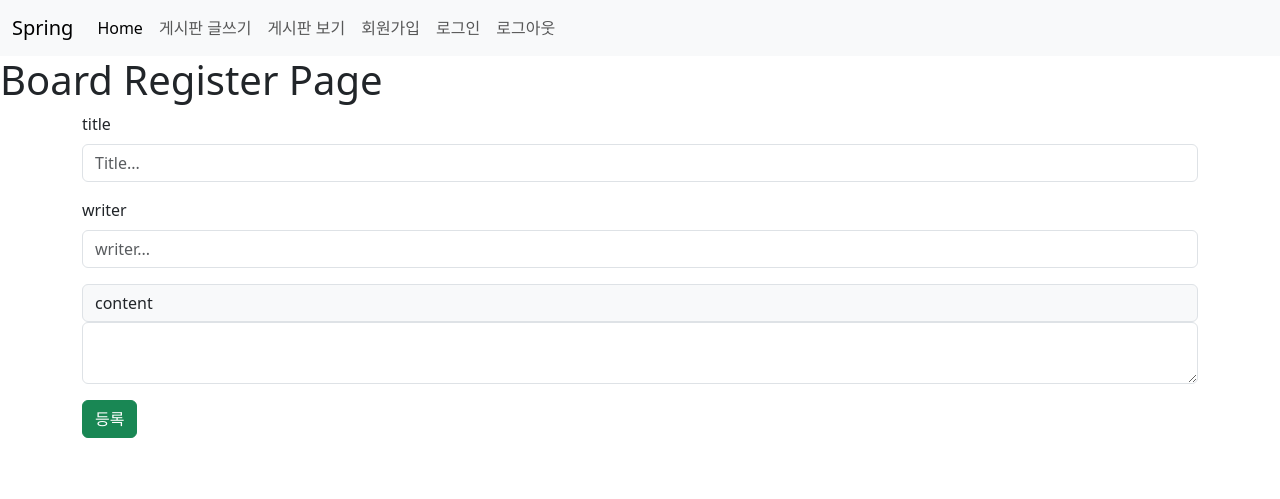
Repository: Ceciliaseon/springTest20240430
Page: http://localhost/spring_study/WEB-INF/views/board/register.jsp
These files come from the project's save history. The page is drawn as it stood at one moment and after the next save; the edit follows.
The browser window is 1280 px wide. The pictures show the whole page.
The page is served by Tomcat 9. Nobody is signed in. The template is opened directly, without the code that normally fills it, so the values that code supplies are empty.

Above is the page before, as saved 2024-04-24 01:07:34.

### spring_study/src/main/webapp/WEB-INF/views/board/register.jsp
<%@ page language="java" contentType="text/html; charset=UTF-8"
    pageEncoding="UTF-8"%>
	<jsp:include page="../layout/header.jsp"></jsp:include>
	<h1>Board Register Page</h1>
	<div class="container-md">
		<form action="/board/insert" method="post">
			<div class="mb-3">
			  <label for="t" class="form-label">title</label>
			  <input type="text" class="form-control" name="title" id="t" placeholder="Title...">
			</div>
			<div class="mb-3">
			  <label for="w" class="form-label">writer</label>
			  <input type="text" class="form-control" name="wirter" id="w" placeholder="writer...">
			</div>
			<div class="mb-3">
			  <span class="input-group-text">content</span>
			  <textarea class="form-control" name="content" aria-label="With textarea"></textarea>
			</div>
			<button type="submit" class="btn btn-success">등록</button>
		</form>
	</div>

### spring_study/src/main/webapp/WEB-INF/views/layout/header.jsp
<%@ page language="java" contentType="text/html; charset=UTF-8"
    pageEncoding="UTF-8"%>
<!DOCTYPE html>
<html>
<head>
<meta charset="UTF-8">
<title>header.jsp</title>
<link href="https://cdn.jsdelivr.net/npm/bootstrap@5.3.3/dist/css/bootstrap.min.css" rel="stylesheet" integrity="sha384-QWTKZyjpPEjISv5WaRU9OFeRpok6YctnYmDr5pNlyT2bRjXh0JMhjY6hW+ALEwIH" crossorigin="anonymous">
<script src="https://cdn.jsdelivr.net/npm/bootstrap@5.3.3/dist/js/bootstrap.bundle.min.js" integrity="sha384-YvpcrYf0tY3lHB60NNkmXc5s9fDVZLESaAA55NDzOxhy9GkcIdslK1eN7N6jIeHz" crossorigin="anonymous"></script>
</head>
<body>

<nav class="navbar navbar-expand-lg bg-body-tertiary">
  <div class="container-fluid">
    <a class="navbar-brand" href="#">Spring</a>
    <button class="navbar-toggler" type="button" data-bs-toggle="collapse" data-bs-target="#navbarSupportedContent" aria-controls="navbarSupportedContent" aria-expanded="false" aria-label="Toggle navigation">
      <span class="navbar-toggler-icon"></span>
    </button>
    <div class="collapse navbar-collapse" id="navbarSupportedContent">
      <ul class="navbar-nav me-auto mb-2 mb-lg-0">
        <li class="nav-item">
          <a class="nav-link active" aria-current="page" href="#">Home</a>
        </li>
        <li class="nav-item">
          <a class="nav-link" href="/board/register">게시판 글쓰기</a>
        </li>
        <li class="nav-item">
          <a class="nav-link" href="#">게시판 보기</a>
        </li>
        <li class="nav-item">
          <a class="nav-link" href="#">회원가입</a>
        </li>
        <li class="nav-item">
          <a class="nav-link" href="#">로그인</a>
        </li>
        <li class="nav-item">
          <a class="nav-link" href="#">로그아웃</a>
        </li>
      </ul>
    </div>
  </div>
</nav>

### spring_study/src/main/webapp/WEB-INF/views/layout/footer.jsp
<%@ page language="java" contentType="text/html; charset=UTF-8"
    pageEncoding="UTF-8"%>

<div>
	2024sus Spring Project...
</div>

</body>
</html>

After the next save:
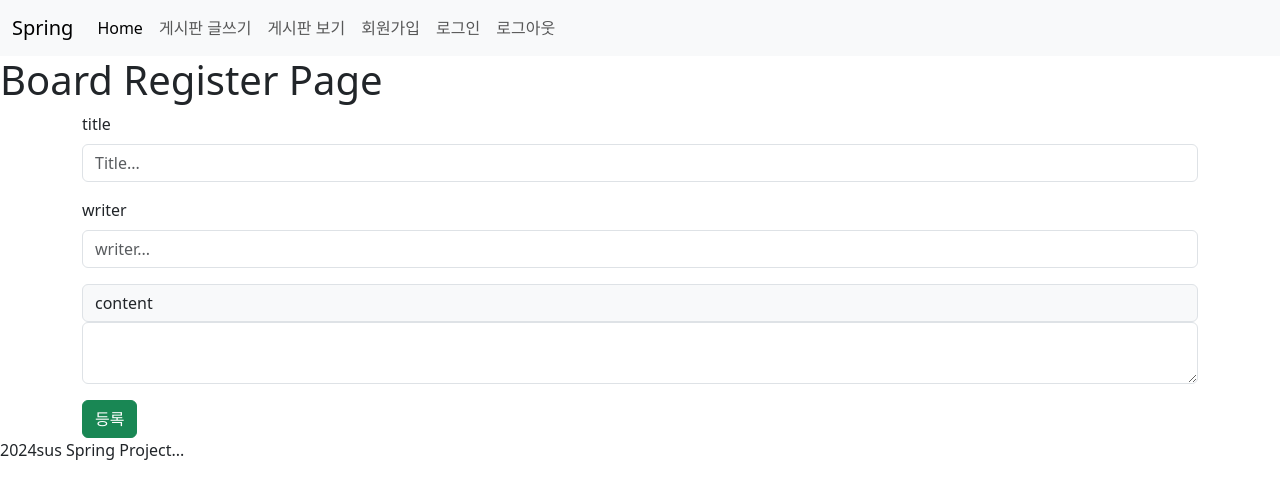
Saved 8 s later.
--- a/spring_study/src/main/webapp/WEB-INF/views/board/register.jsp
+++ b/spring_study/src/main/webapp/WEB-INF/views/board/register.jsp
@@ -19,3 +19,4 @@
 			<button type="submit" class="btn btn-success">등록</button>
 		</form>
 	</div>
+	<jsp:include page="../layout/footer.jsp"></jsp:include>
